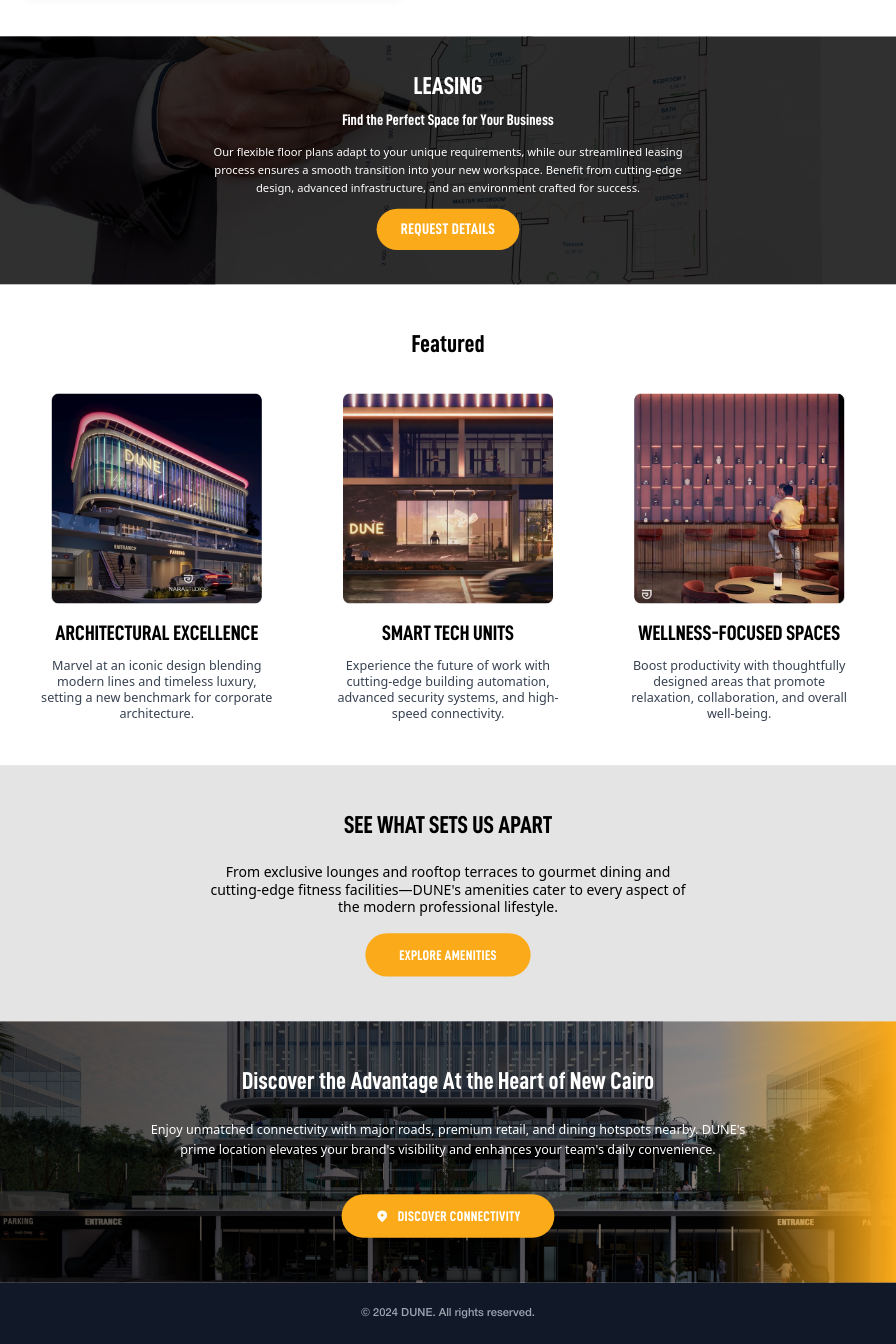
Repository: ahmedassr5765/dune
Page: index.html
An editor plug-in stored every save of this project. The page is shown before and after the next save, followed by the edit.
The browser window is 1280 px wide. The pictures show the part of the page from y = 2053 to 3973 px (the page is 3973 px tall), at 70% of full size.
Some web libraries are served in a nearby version.

Above is the page before, as saved 2025-07-12 19:13:12.

After the next save:
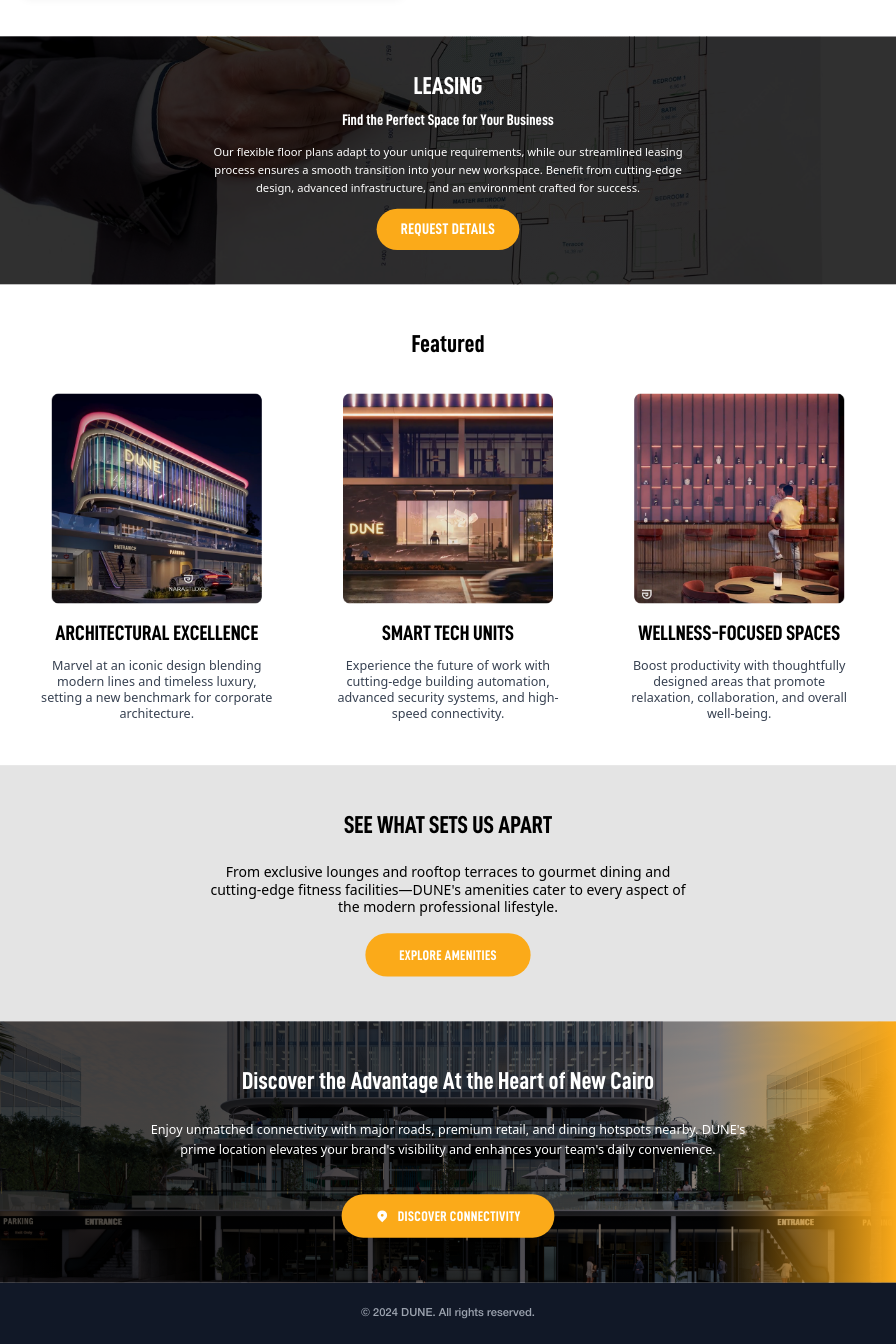
Saved 9 s later.
--- a/index.html
+++ b/index.html
@@ -400,7 +400,7 @@
     <section class="max-w-[1440px] mx-auto relative h-[373px] bg-cover bg-center bg-no-repeat" style="background-image: url('/images/discover.png');">
 
         <!-- Gradient Overlay -->
-        <div class="absolute inset-0" style="background: linear-gradient(to right, rgba(0,0,0,0.7) 0%, rgba(0,0,0,0.4) 80%, #FBAA19 100%);"></div>
+        <div class="absolute inset-0" style="background: linear-gradient(to right, rgba(0,0,0,0.7) 20%, rgba(0,0,0,0.4) 80%, #FBAA19 100%);"></div>
 
         <!-- Content -->
         <div class="relative z-10 h-full flex flex-col justify-center items-center text-center px-4 sm:px-6 lg:px-8">
